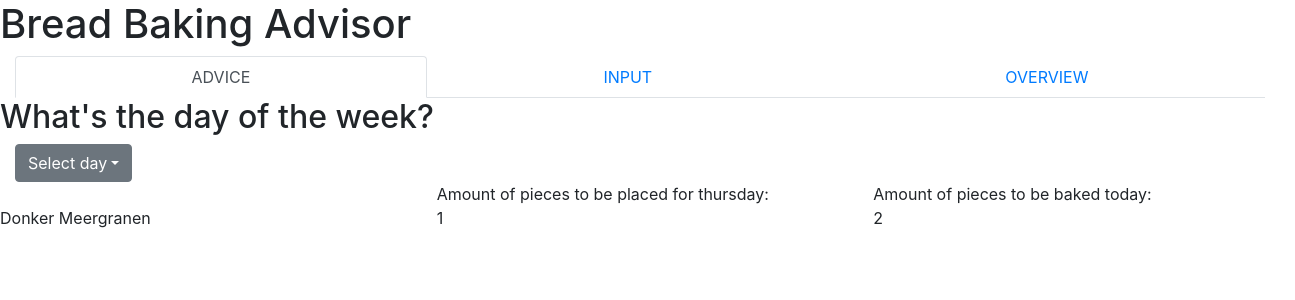
Repository: MarthGimenzo/bread-baking-advisor
Page: index.html
The author's editor kept a record of every edit. The page is drawn from the files as they stood at one moment, then again after the next edit.
The browser window is 1280 px wide. The page is 1295 px wide, so the pictures cover 1295 px, including what lies to the right of the window. The pictures show the whole page.

Above is the page before.

After the next edit:
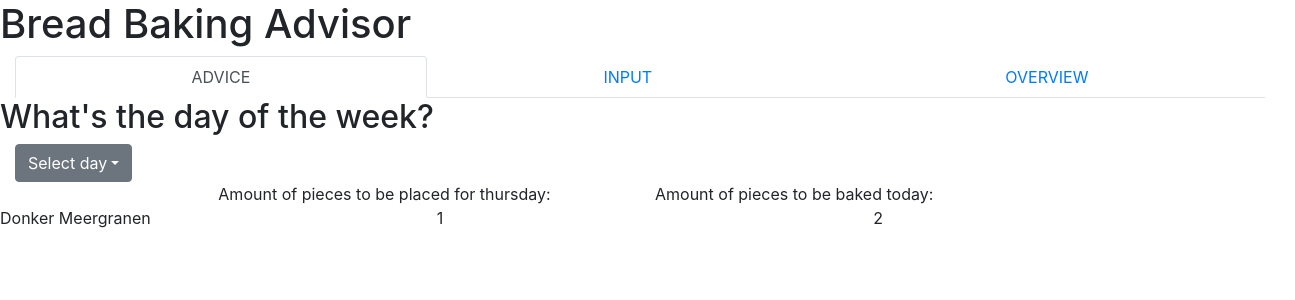
The edit:
--- a/index.html
+++ b/index.html
@@ -43,7 +43,7 @@
         </div>
     </div>
     <div class="row">
-        <div class="col-4">
+        <div class="col-2">
 
         </div>
         <div class="col-4">
